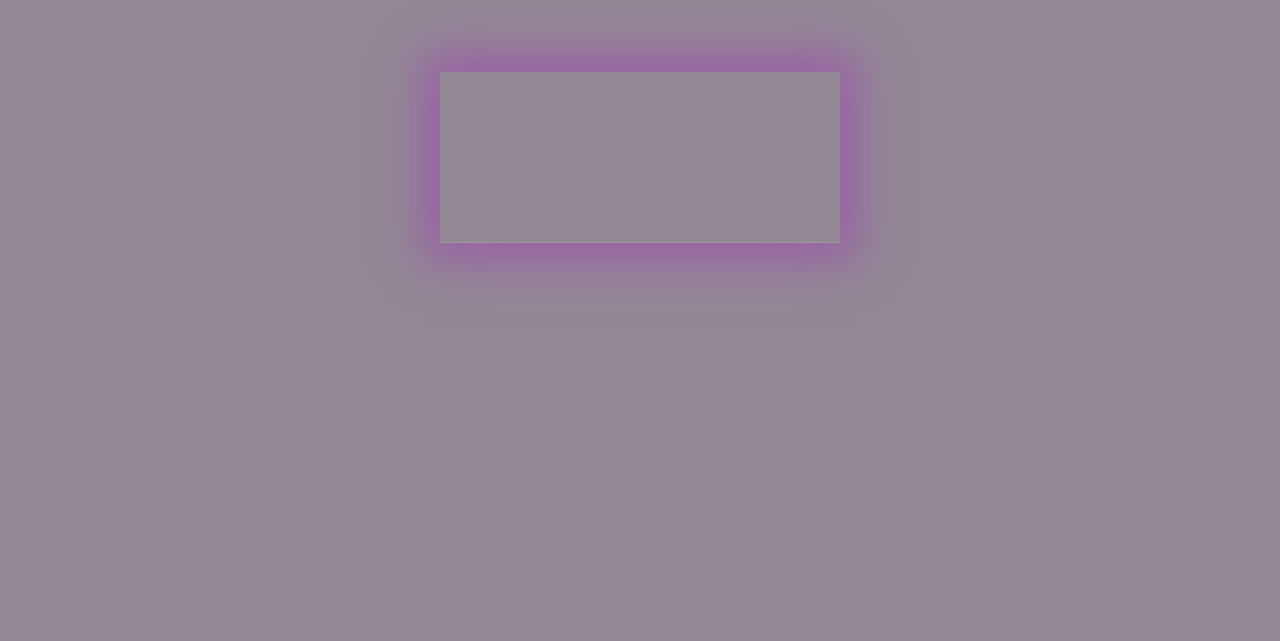
Repository: LuisMiLR/Calculatrice-with-JS---HTML---CSS-
Page: index.html
The author's editor kept a copy of each file at every save. The page is drawn from the files as they stood at one save, then again after a run of saves.
The browser window is 1280 px wide. The pictures show the whole page.

Above is the page before, as saved 2023-03-20 21:38:41.
Console error: ReferenceError: button is not defined

After the next 2 saves:
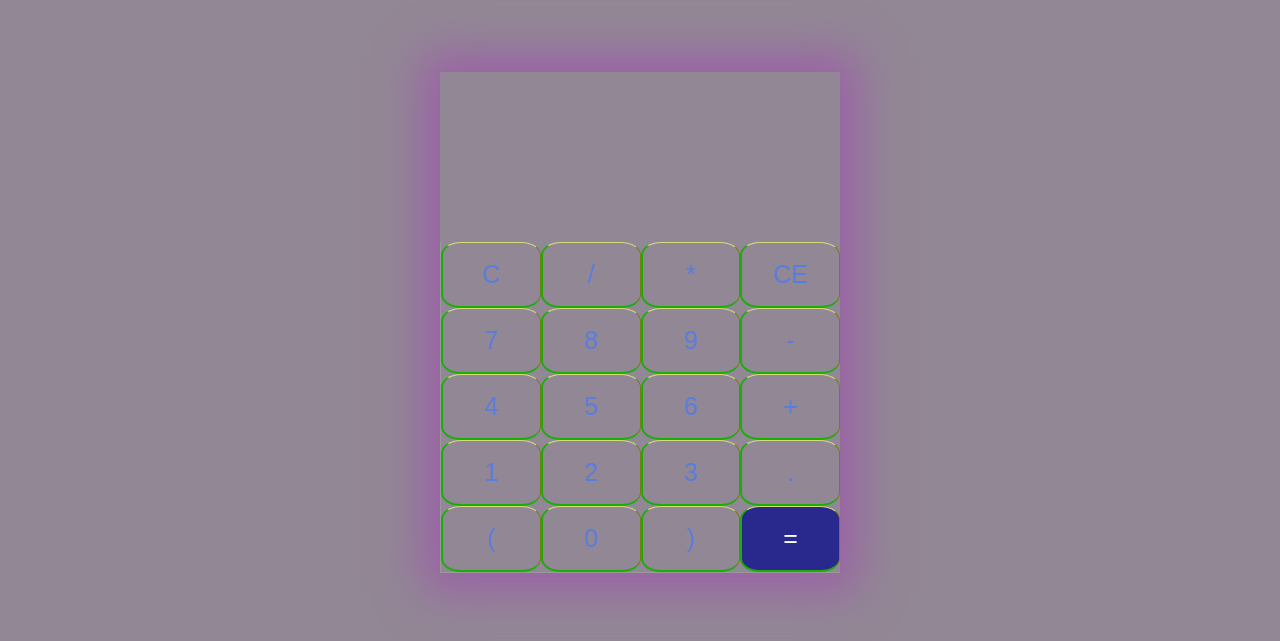
The error is gone.
The 2 saves are shown as one change because they came seconds apart.
The last was saved 54 s later.
--- a/app.js
+++ b/app.js
@@ -9,15 +9,13 @@ let buttons = document.createElement("div");
 buttons.classList.add("buttons");
 container.appendChild(buttons);
 
-const buttton = document.createElement('div');
-buttton.id = 'bouton';
-buttton.className = "button";
-buttton.textContent = "C";
+const button = document.createElement('div');
+button.className = "bouton";
+button.textContent = "C";
 buttons.appendChild(button);
 
 const button1 = document.createElement('div');
-button1.className = "button";
-button1.divId = "bouton1"
+button1.className = "bouton1";
 button1.textContent = "/";
 buttons.appendChild(button1);
 
